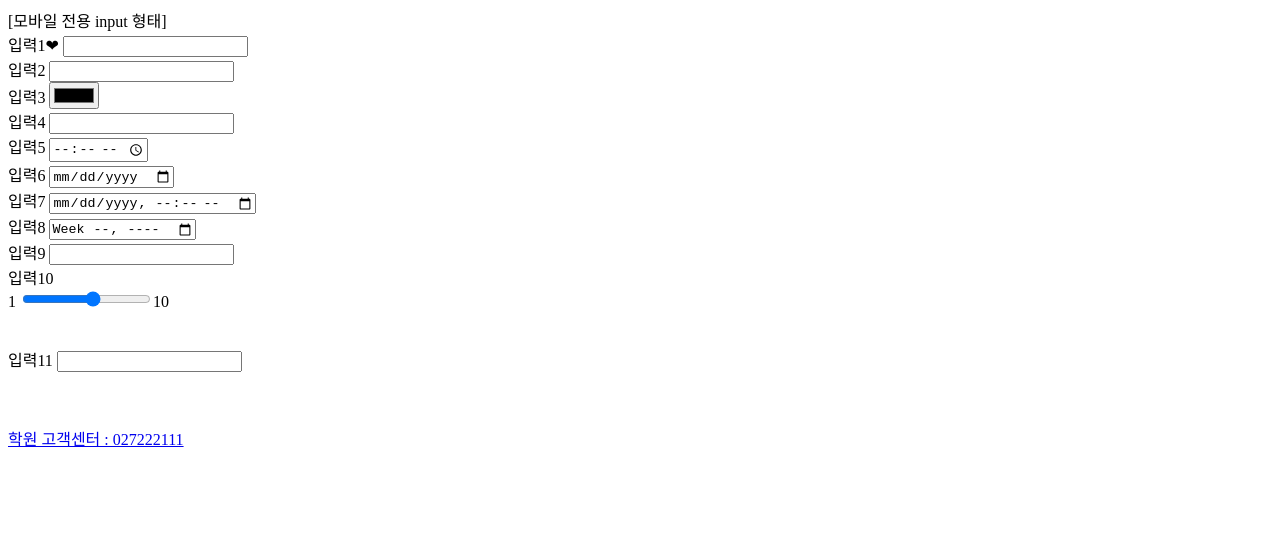
Repository: mnemion/BackendClass
Page: web/src/main/webapp/m/index.html
The author's editor kept a copy of each file at every save. The page is drawn from the files as they stood at one save, then again after a run of saves.
The browser window is 1280 px wide. The pictures show the whole page.

Above is the page before, as saved 2023-08-31 06:19:15.

### web/src/main/webapp/m/index.html
<!DOCTYPE html>
<html lang="ko">
<head>
<meta charset="UTF-8">
<meta name="viewport" content="width=device-width, initial-scale=1.0">
<title>모바일 전용 웹페이지</title>
</head>
<body>
[모바일 전용 input 형태]<br>
입력1❤ <input type="text"><br>		<!-- 일반 입력 (P, M) -->
입력2 <input type="number"><br>	<!-- 숫자만 입력 (M) -->
입력3 <input type="color"><br>	<!-- 색상선택 (P, M) -->
입력4 <input type="tel"><br>		<!-- 전화번호 (M) -->
입력5 <input type="time"><br>		<!-- 시간선택 (P, M) -->
입력6 <input type="date"><br>		<!-- 날짜선택 (P, M) -->
입력7 <input type="datetime-local"><br>	<!-- 날짜, 시간 동시에 입력 (P, M) -->
입력8 <input type="week"><br>		<!-- 몇 주차 (P, M) [ios에서 작동불능] -->
입력9 <input type="email"><br>	<!-- 이메일 (P, M) -->
입력10 <br>		<!-- 수량, 크기 범위 선택 (P, M) -->
<form oninput="sound2.value=parseInt(sound.value)">
1 <input type="range" id="sound" min="1" max="10">10<br>
<output for="sound" name="sound2"></output>
<br><br>
</form>
입력11 <input type="url"><br>		<!-- 도메인, 블로그 등 웹 경로 (M) -->
<br><br><br>
<a href="tel:027222111">학원 고객센터 : 027222111</a><br>
<br><br>

</body>
</html>

After the next 2 saves:
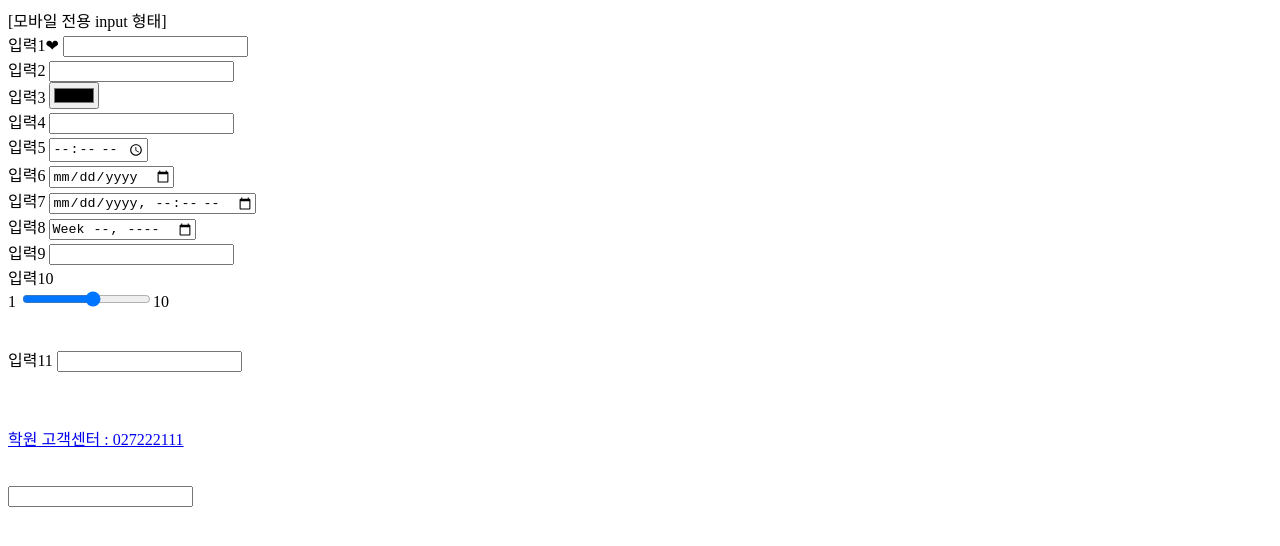
The 2 saves are shown as one change because they came seconds apart.
The last was saved 13 s later.
--- a/web/src/main/webapp/m/index.html
+++ b/web/src/main/webapp/m/index.html
@@ -26,6 +26,6 @@
 <br><br><br>
 <a href="tel:027222111">학원 고객센터 : 027222111</a><br>
 <br><br>
-
+<input type="text">
 </body>
 </html>
